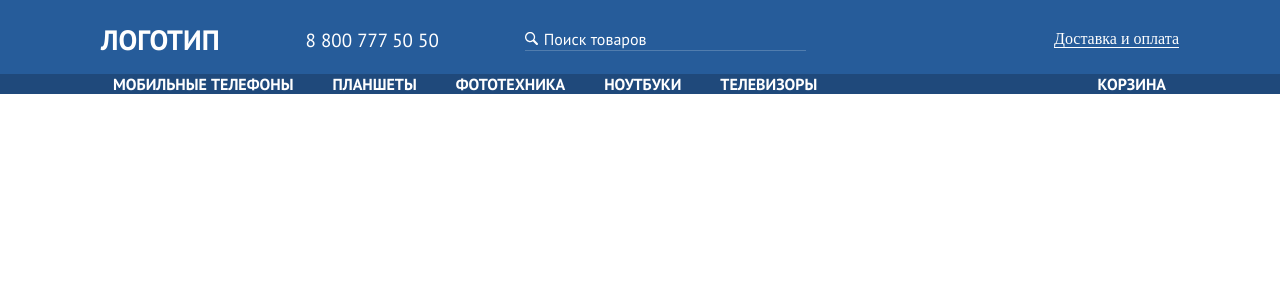
Repository: sem1103/WEBCompany
Page: index.html
These files come from the project's save history. The page is drawn as it stood at one moment and after the next save; the edit follows.
The browser window is 1280 px wide. The pictures show the whole page.

Above is the page before, as saved 2024-01-11 19:02:43.

### index.html
<!DOCTYPE html>
<html lang="en">

<head>
    <meta charset="UTF-8">
    <meta name="viewport" content="width=device-width, initial-scale=1.0">
    <title>Интернет магазин</title>

    <link rel="preconnect" href="https://fonts.googleapis.com">
    <link rel="preconnect" href="https://fonts.gstatic.com" crossorigin>
    <link href="https://fonts.googleapis.com/css2?family=PT+Sans:wght@400;700&display=swap" rel="stylesheet">

    <link rel="stylesheet" href="styles/reset.css">
    <link rel="stylesheet" href="styles/main.css">
</head>

<body>
    <div id="page">
        <header>
            <div class="container">
                <div class="header__logo">
                    <span>ЛОГОТИП</span>
                </div>
                <p class="phone__number"><a href="tel:+78007775050">8 800 777 50 50</a></p>
                <div class="search__items">
                    <button>
                        <svg xmlns="http://www.w3.org/2000/svg" width="13" height="13" viewBox="0 0 13 13" fill="none">
                            <path
                                d="M8.68135 1.48741C6.69814 -0.495804 3.4703 -0.495804 1.48709 1.48741C-0.495696 3.47106 -0.495696 6.69846 1.48709 8.6821C3.2532 10.4478 6.00382 10.6369 7.98574 9.25819C8.02744 9.45553 8.12289 9.64383 8.27637 9.79731L11.1646 12.6855C11.5855 13.1055 12.2656 13.1055 12.6843 12.6855C13.1048 12.265 13.1048 11.5849 12.6843 11.1657L9.79613 8.27669C9.64351 8.1245 9.45477 8.02863 9.25744 7.98692C10.6371 6.00457 10.4479 3.25438 8.68135 1.48741ZM7.76949 7.77024C6.28885 9.25089 3.87916 9.25089 2.39895 7.77024C0.919166 6.2896 0.919166 3.88034 2.39895 2.3997C3.87916 0.919489 6.28885 0.919489 7.76949 2.3997C9.25013 3.88034 9.25013 6.2896 7.76949 7.77024Z"
                                fill="white" />
                        </svg>
                    </button>
                        <input type="text" name="itemName" placeholder="Поиск товаров">

                </div>
                <p class="delivery"><a href="">Доставка и оплата</a></p>
                <a href="" class="mobile__cart">
                    <svg xmlns="http://www.w3.org/2000/svg" width="21" height="20" viewBox="0 0 21 20" fill="none">
                        <path d="M20.1372 3.64139H3.71775L3.47368 0.816059C3.43376 0.354025 3.0611 0 2.61469 0H0.862433C0.386124 0 0 0.401223 0 0.896159C0 1.39109 0.386124 1.79232 0.862433 1.79232H1.82622C2.35292 7.8897 0.991675 -7.86977 2.81815 13.2755C2.88854 14.1031 3.31889 15.0012 4.06025 15.6114C2.72361 17.3851 3.94489 20 6.11917 20C7.92379 20 9.19662 18.1298 8.57776 16.3584H13.298C12.6799 18.1275 13.95 20 15.7566 20C17.1983 20 18.3713 18.7812 18.3713 17.2831C18.3713 15.7849 17.1983 14.5661 15.7566 14.5661H6.125C5.46988 14.5661 4.89899 14.1554 4.65258 13.557L18.4354 12.7153C18.8117 12.6924 19.13 12.4181 19.2215 12.0381L20.9739 4.75489C21.1097 4.19014 20.6983 3.64139 20.1372 3.64139ZM6.11917 18.2077C5.62857 18.2077 5.22939 17.7929 5.22939 17.2831C5.22939 16.7732 5.62857 16.3584 6.11917 16.3584C6.60981 16.3584 7.009 16.7732 7.009 17.2831C7.009 17.7929 6.60981 18.2077 6.11917 18.2077ZM15.7565 18.2077C15.2659 18.2077 14.8667 17.7929 14.8667 17.2831C14.8667 16.7732 15.2659 16.3584 15.7565 16.3584C16.2472 16.3584 16.6464 16.7732 16.6464 17.2831C16.6464 17.7929 16.2472 18.2077 15.7565 18.2077ZM17.7018 10.9648L4.42042 11.7758L3.87257 5.43367H19.0326L17.7018 10.9648Z" fill="white"/>
                      </svg>
                </a>
            </div>

            <nav>
                <ul class="container">
                    <li><a href="">МОБИЛЬНЫЕ ТЕЛЕФОНЫ</a></li>
                    <li><a href="">ПЛАНШЕТЫ</a></li>
                    <li><a href="">ФОТОТЕХНИКА</a></li>
                    <li><a href="">НОУТБУКИ</a></li>
                    <li><a href="">ТЕЛЕВИЗОРЫ</a></li>

                    <li class="desc__cart"><a href="">КОРЗИНА</a></li>
                </ul>
            </nav>
        </header>
    </div>
</body>

</html>

### styles/reset.css
:root{
    --blue: #265C9A;
    --darkBlue: #1F497B;
    --yellow: #FBFF3D;
    --fontPT: 'PT Sans'
 }
html{
    scroll-behavior: smooth;
}
html,
body,
div,
span,
applet,
object,
iframe,
h1,
h2,
h3,
h4,
h5,
h6,
p,
blockquote,
pre,
a,
abbr,
acronym,
address,
big,
cite,
code,
del,
dfn,
em,
img,
ins,
kbd,
q,
s,
samp,
small,
strike,
strong,
sub,
sup,
tt,
var,
b,
u,
i,
center,
dl,
dt,
dd,
ol,
ul,
li,
fieldset,
form,
label,
legend,
table,
caption,
tbody,
tfoot,
thead,
tr,
th,
td,
article,
aside,
canvas,
details,
embed,
figure,
figcaption,
footer,
header,
hgroup,
menu,
nav,
output,
ruby,
section,
summary,
time,
mark,
audio,
video {
    margin: 0;
    padding: 0;
    border: 0;
    font-size: 100%;
    font: inherit;
    vertical-align: baseline
}

article,
aside,
details,
figcaption,
figure,
footer,
header,
hgroup,
menu,
nav,
section {
    display: block
}

body {
    line-height: 1;
}

ol,
ul {
    list-style: none
}

blockquote,
q {
    quotes: none
}

blockquote:before,
blockquote:after,
q:before,
q:after {
    content: '';
    content: none
}

table {
    border-collapse: collapse;
    border-spacing: 0
}

a {
    text-decoration: none;
    color: inherit;
    transition: all .3s ease-in-out
}

a:hover {
    color: #365edc;
}

* {
    box-sizing: border-box
}

main img{
    width: 100%;
    height: auto;
}

### styles/main.css


.container{
    max-width: 1078px;
    margin: 0 auto;
}
header{
    background: var(--blue);
}
nav{
    background: var(--darkBlue);
}
header > div{
    display: flex;
    align-items: center;
    padding: 21px 0 16px 0;
}
header a:hover{
    color: var(--yellow);
}
.header__logo span{
    font:700 28px var(--fontPT);
    color: #fff;
}
.phone__number{
    margin: 0 86px;
    font: 19px var(--fontPT);
    color: #fff;
}
.search__items{
    border-bottom: 1px solid #517DAE;
    max-width: 281px;
    width: 100%;
}
.search__items button{
    background-color: transparent;
    border: 0;
    padding: 0;
    margin: 0;
    cursor: pointer;
}
.search__items input{
    font: 16px var(--fontPT);
    background-color: transparent;
    border: 0;
    outline: 0;
    color: #fff;
}
.search__items input::placeholder{
    color: #fff;
}
.delivery{
    margin: 0 0 0 auto;
    color: #fff;
    border-bottom: 1px solid #fff;
}


.mobile__cart{
    display: none;
}


nav ul{
    display: flex;
    color: #fff;
    padding: 0 13px 0 12px;
}
nav li{
    margin: 0 39px 0 0;
    font: 700 16px var(--fontPT);
}
nav li:last-child{
    margin: 0 0 0 auto;
}

After the next save:
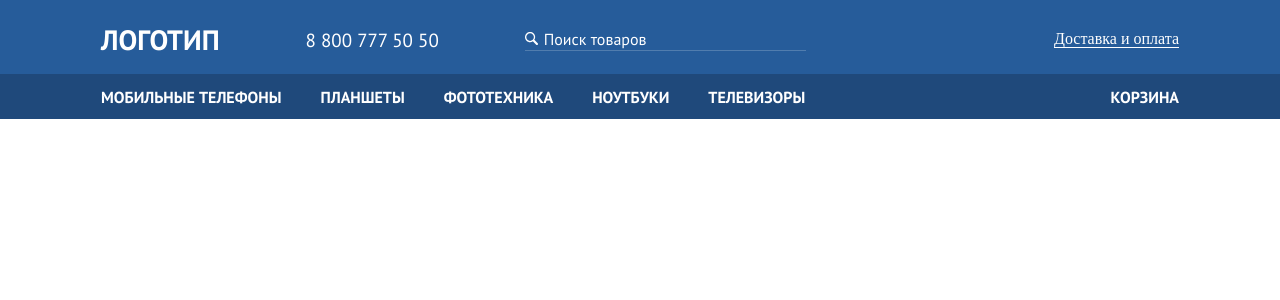
Saved 18 s later.
--- a/styles/main.css
+++ b/styles/main.css
@@ -64,7 +64,7 @@ header a:hover{
 nav ul{
     display: flex;
     color: #fff;
-    padding: 0 13px 0 12px;
+    padding: 13px 0 12px 0;
 }
 nav li{
     margin: 0 39px 0 0;
